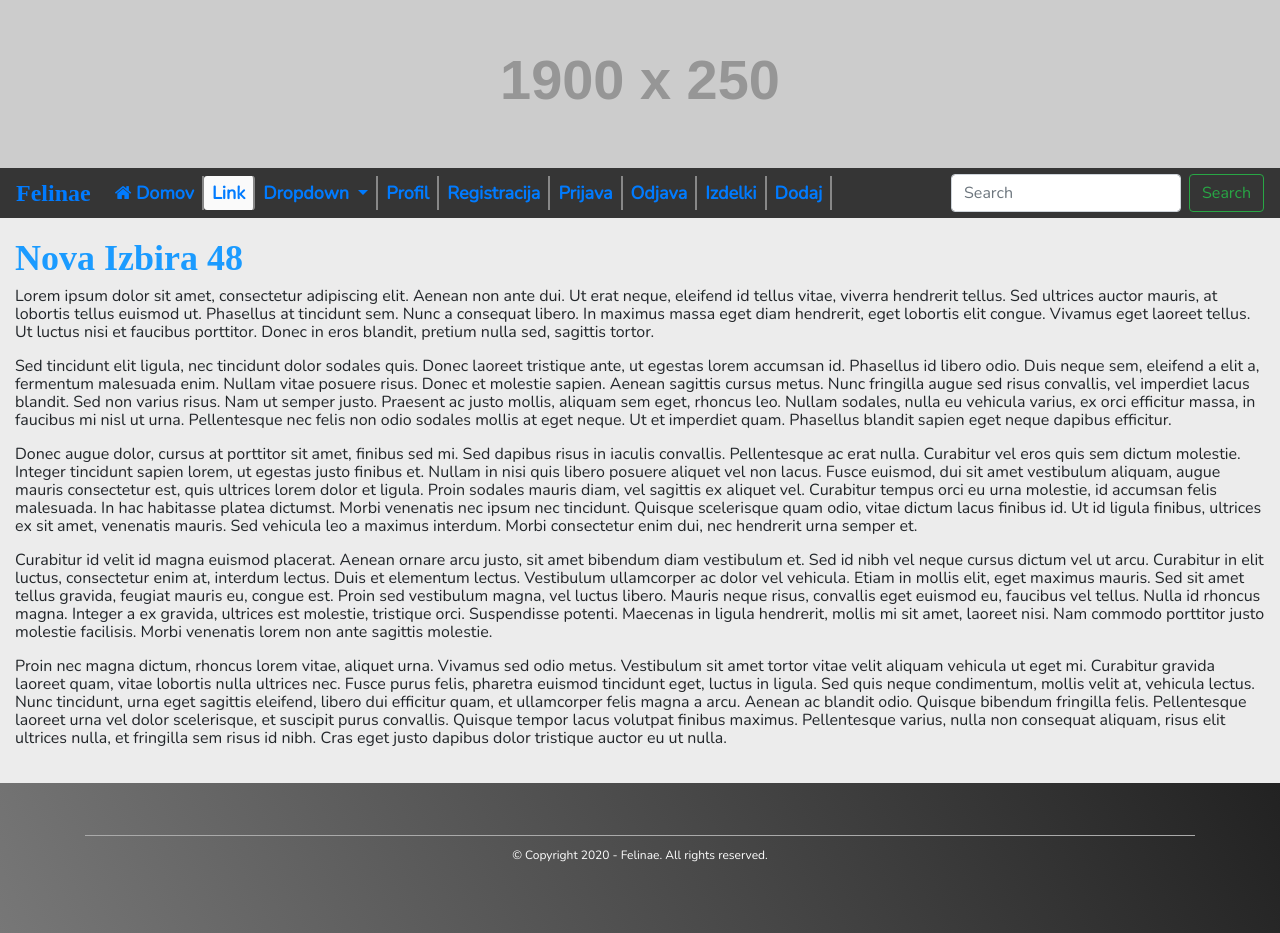
Repository: UrbyK/Felinae
Page: http://localhost/index.php?page=home
An editor plug-in stored every save of this project. The page is shown before and after the next save, followed by the edit.
The browser window is 1280 px wide. The pictures show the whole page.
Some web fonts or font styles are not loaded; a fallback is used. The page is run by PHP 8.4 with error messages shown; the project is at /var/www/html/.

Above is the page before, as saved 2020-08-29 18:50:42.

After the next save:
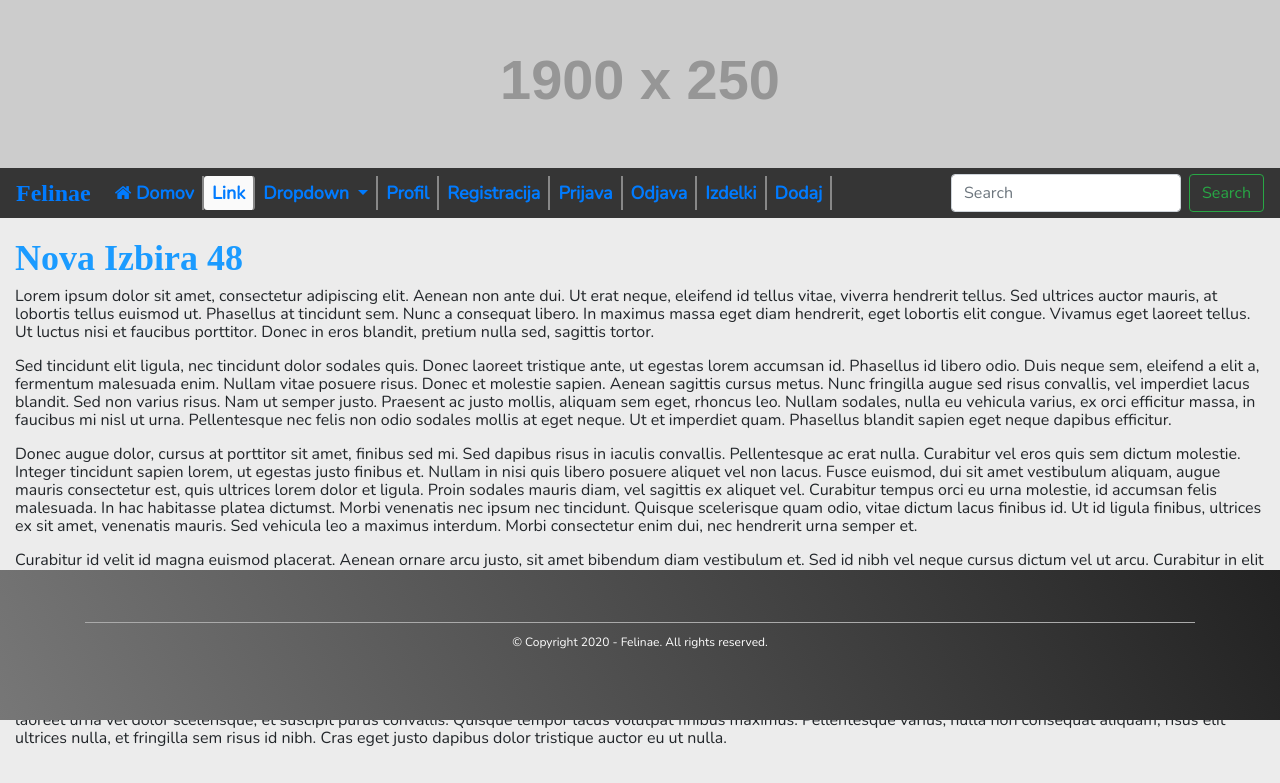
Saved 106 s later.
--- a/css/style.css
+++ b/css/style.css
@@ -94,6 +94,10 @@
 }
 
 /*=======FOOTER=========*/
+#footer{
+  position: absolute;
+  bottom: 0;
+}
 footer {
   background: #535355;
   background: -webkit-linear-gradient(63deg, #777777, #222222);

After the save that followed:
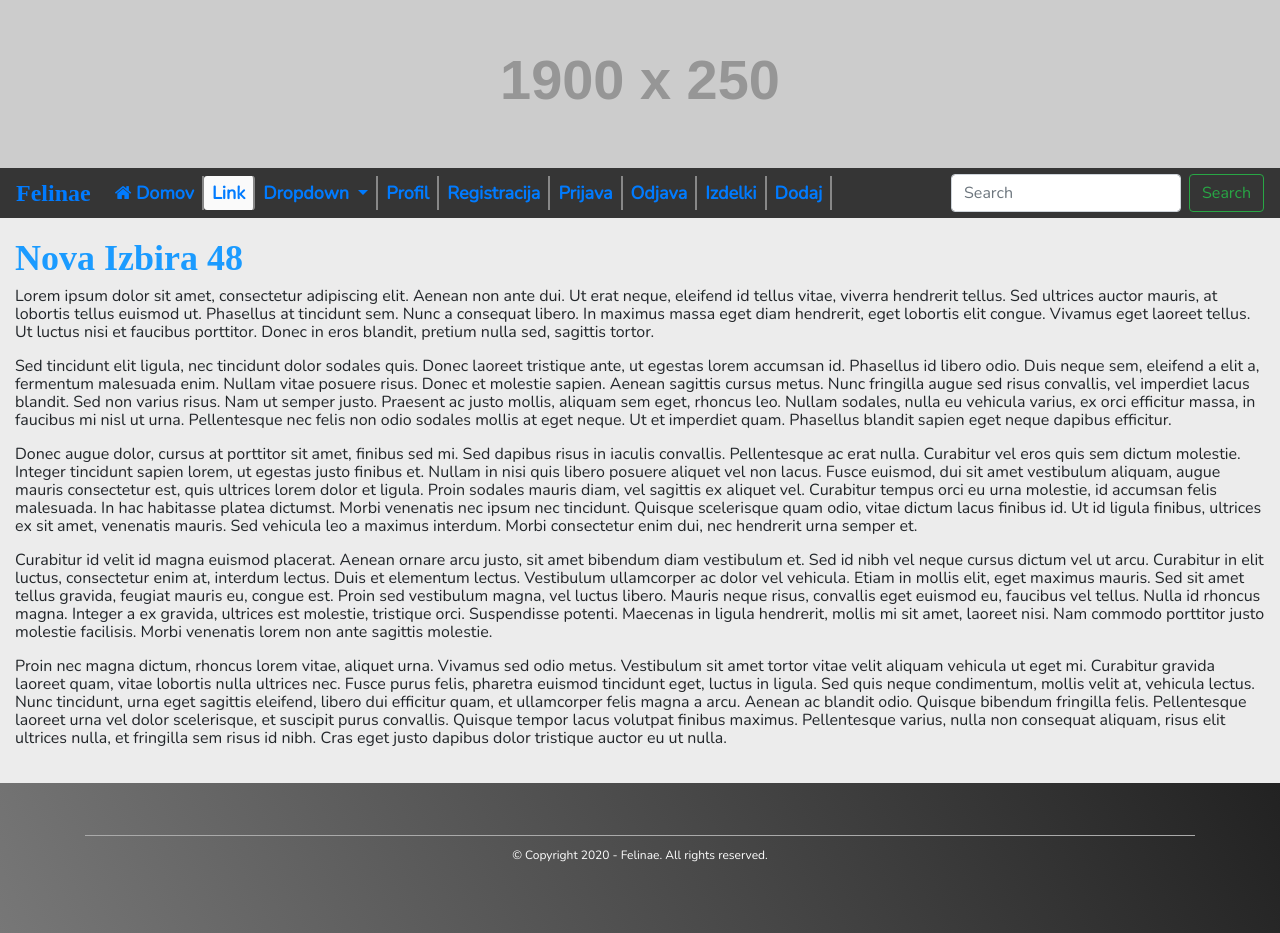
Saved 12 s later.
--- a/css/style.css
+++ b/css/style.css
@@ -96,7 +96,7 @@
 /*=======FOOTER=========*/
 #footer{
   position: absolute;
-  bottom: 0;
+
 }
 footer {
   background: #535355;
